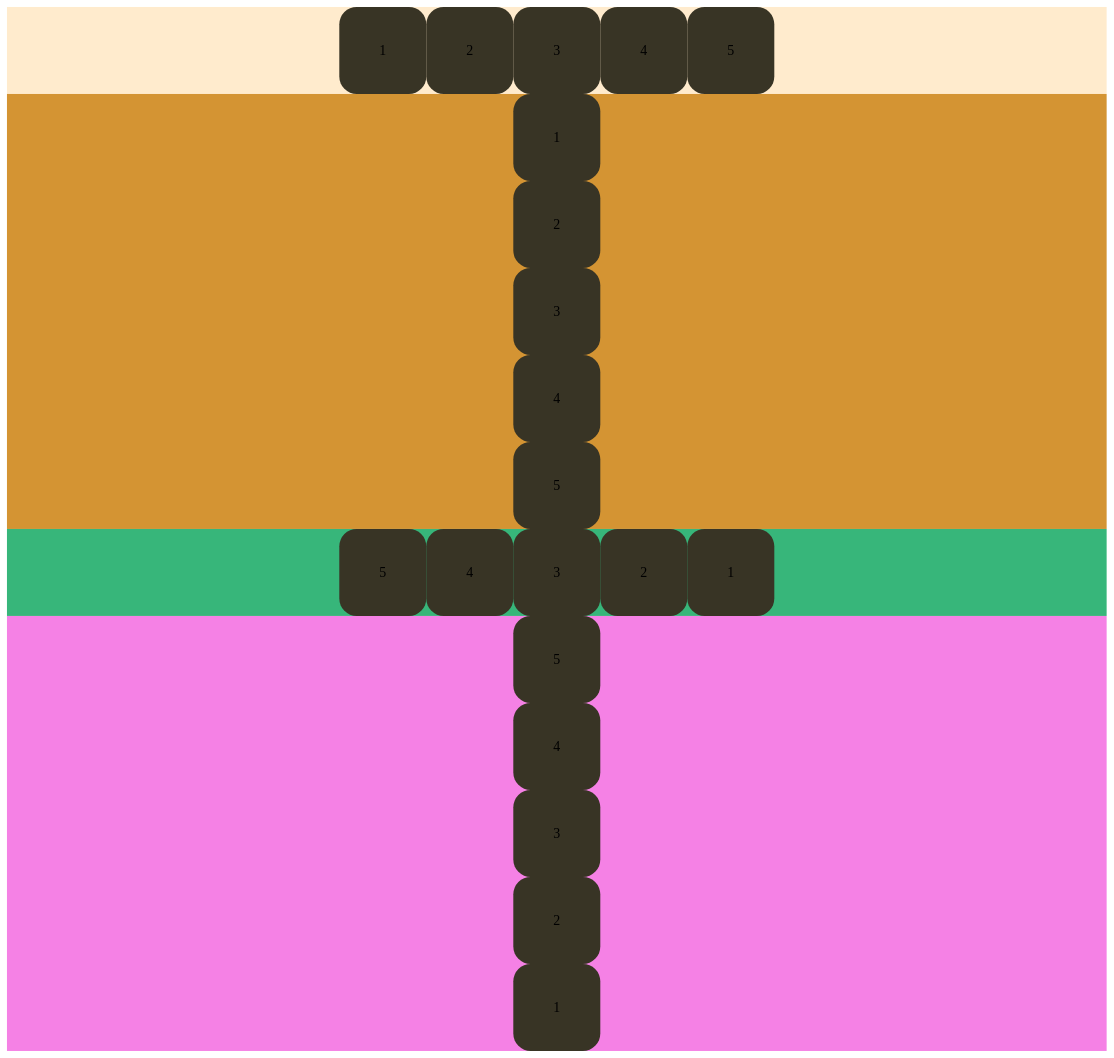
Repository: wesbos/What-The-Flexbox
Page: FlexBoxTypes/index.html
An editor plug-in stored every save of this project. The page is shown before and after the next save, followed by the edit.
The browser window is 1280 px wide. The pictures show the whole page, at 87% of full size.

Above is the page before, as saved 2020-08-27 15:57:40.

After the next save:
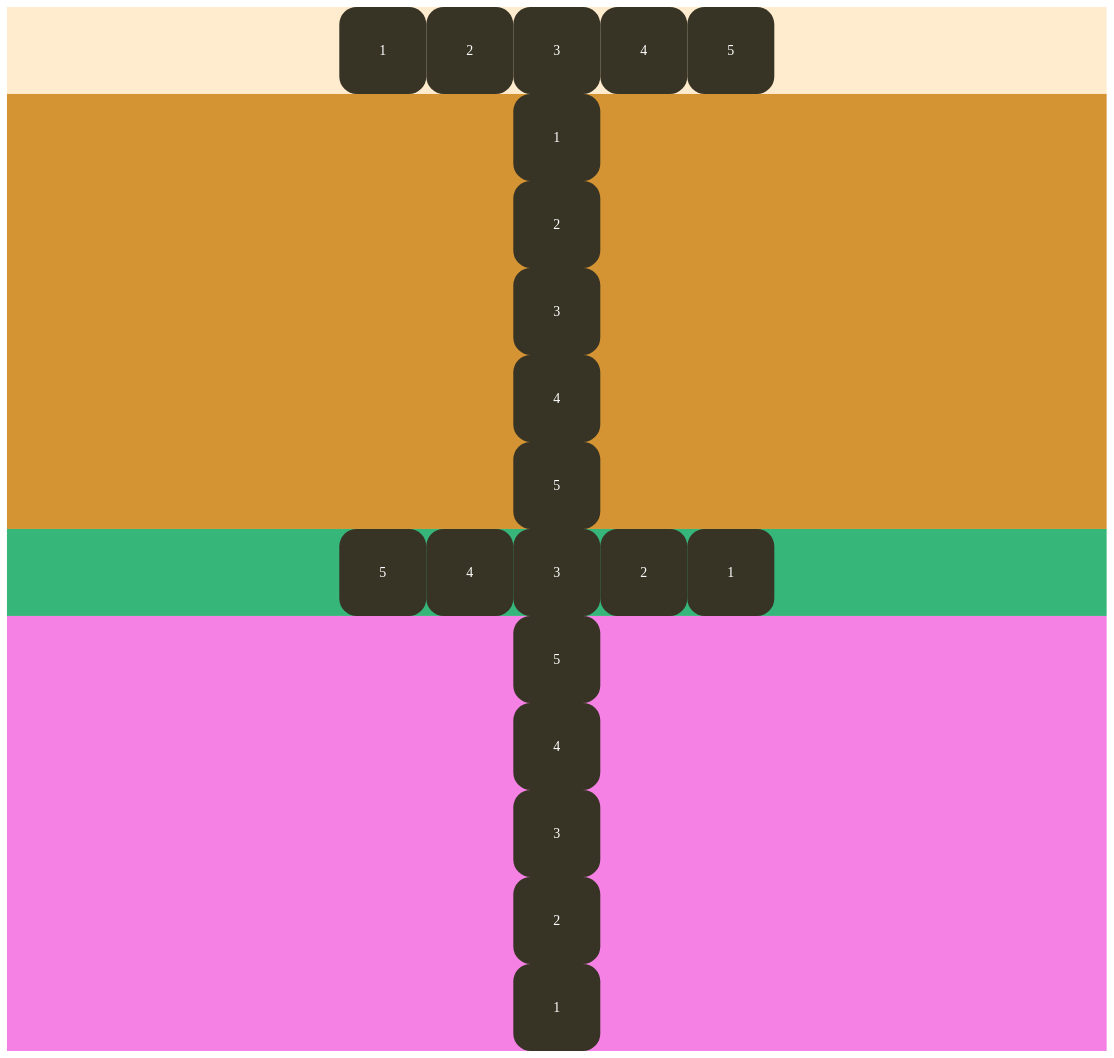
Saved 15 s later.
--- a/FlexBoxTypes/style.css
+++ b/FlexBoxTypes/style.css
@@ -35,3 +35,6 @@
   justify-content: center;
   text-align: center;
 }
+.box p {
+  color: #fff;
+}
